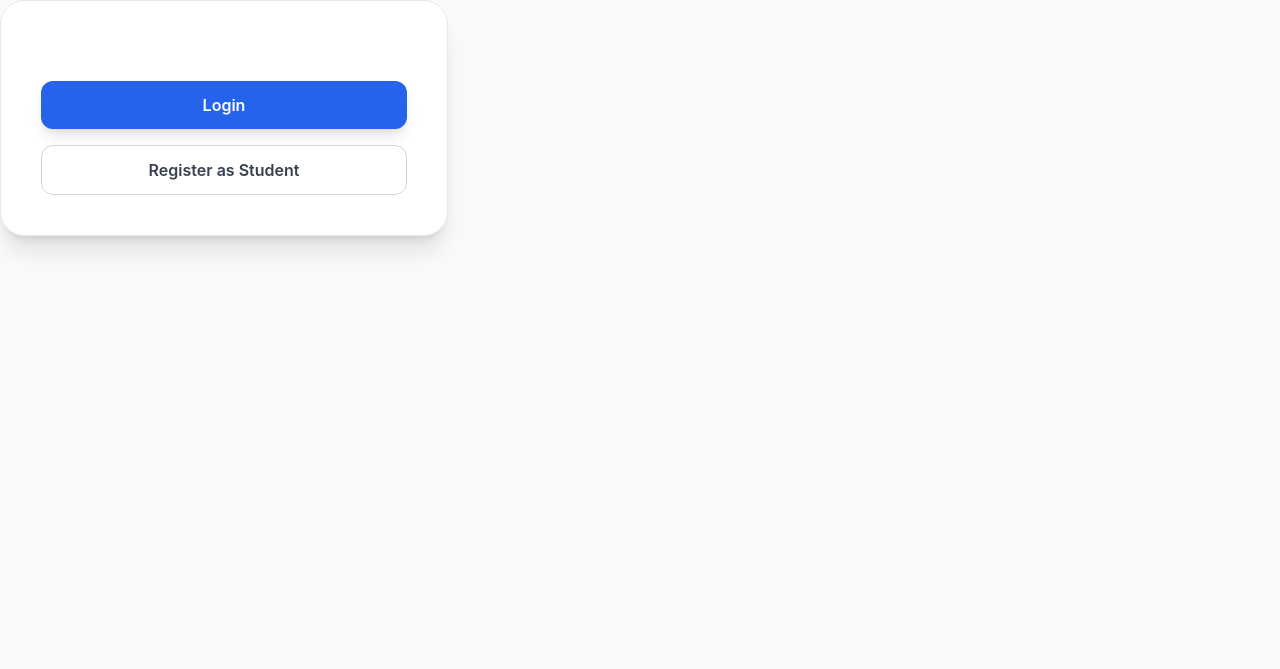
Repository: Chocovcandy/Classroom_Management_System
Page: http://localhost/Login_page
An editor plug-in stored every save of this project. The page is shown before and after a run of saves, followed by the edit.
The browser window is 1280 px wide. The pictures show the whole page.
Some web libraries are served in a nearby version. The page is served by the project's Laravel application, run on PHP 8.4 with Laravel 12. Other server files are loaded and not shown.

Above is the page before, as saved 2026-08-13 22:54:39.

### routes/web.php
<?php

use App\Http\Controllers\ProfileController;
use App\Http\Controllers\RoleSelectController;
use Illuminate\Support\Facades\Route;
use App\Http\Controllers\Admin\DepartmentController;
use App\Http\Controllers\Admin\UserController;

//public routes
Route::get('/', function () {
    return view('welcome');
})->name('welcome');

Route::get('/Login_page', function () {
    return view('Login_page');
})->name('Login_page');


// Authentication routes (login, register, etc.) are provided by Breeze
Route::middleware(['auth'])->group(function () {

    // Role selection (after login)
    Route::get('/role/select', [RoleSelectController::class, 'show'])
        ->name('role.select');

    Route::post('/role/select', [RoleSelectController::class, 'store'])
        ->name('role.select.store');

    // Profile (any logged-in user)
    Route::controller(ProfileController::class)->group(function () {
        Route::get('/profile', 'edit')->name('profile.edit');
        Route::patch('/profile', 'update')->name('profile.update');
        Route::delete('/profile', 'destroy')->name('profile.destroy');
    });

    // Admin routes
    Route::prefix('admin')
        ->name('admin.')
        ->middleware(['role:Admin'])
        ->group(function () {

            Route::view('/dashboard', 'admin.dashboard')
                ->name('dashboard');

            Route::resource('users', UserController::class);
            Route::resource('departments', DepartmentController::class);
        });

 // Dean rputes
    Route::prefix('dean')
        ->name('dean.')
        ->middleware(['role:Dean'])
        ->group(function () {
            Route::view('/dashboard', 'dean.dashboard')
                ->name('dashboard');
        });

    //HoD routes
    Route::prefix('hod')
        ->name('hod.')
        ->middleware(['role:HoD'])
        ->group(function () {
            Route::view('/dashboard', 'hod.dashboard')
                ->name('dashboard');
        });

    // Professor routes
    Route::prefix('professor')
        ->name('professor.')
        ->middleware(['role:Professor'])
        ->group(function () {
            Route::view('/dashboard', 'professor.dashboard')
                ->name('dashboard');
        });

    // Student routes
    Route::prefix('student')
        ->name('student.')
        ->middleware(['role:Student'])
        ->group(function () {
            Route::view('/dashboard', 'student.dashboard')
                ->name('dashboard');
        });


});

require __DIR__.'/auth.php';

### resources/views/Login_page.blade.php
<!DOCTYPE html>
<html lang="en">

<head>
    <meta charset="UTF-8">
    <meta name="viewport" content="width=device-width, initial-scale=1.0">
    <!--=============== BOXICONS ===============-->
    <link rel="stylesheet" href="https://cdn.jsdelivr.net/npm/boxicons@latest/css/boxicons.min.css">

    <link rel="stylesheet" href="/assets/css/login_style.css">
    <link rel="stylesheet" href="/assets/css/welcome_style.css">

    <title>Classroom Management System</title>

    <!-- Tailwind CDN (quick setup) -->
    <script src="https://cdn.tailwindcss.com"></script>
</head>

<body>


    <div class="min-h-screen bg-slate-50">

        <!-- Right -->
        <div class="w-full max-w-md bg-white rounded-3xl border border-gray-200 shadow-xl p-10">
            @guest
                <div class="mt-10 space-y-4">
                    <a href="{{ route('login') }}"
                        class="flex items-center justify-center rounded-xl bg-blue-600 py-3 font-semibold text-white shadow-lg hover:bg-blue-700 hover:shadow-xl transition duration-300">
                        Login
                    </a>
                    @if (Route::has('register'))

                        <a href="{{ route('register') }}"
                            class="flex items-center justify-center rounded-xl border border-gray-300 bg-white py-3 font-semibold text-gray-700 hover:bg-gray-50 transition duration-300">
                            Register as Student
                        </a>
                    @endif
                </div>
            @endguest




            @auth
                @php
                    $role = auth()->user()->roles->first()->role_name ?? 'User';
                @endphp
                <div class="mt-8">
                    <!-- User Card -->
                    <div class="rounded-2xl bg-slate-50 border border-slate-200 p-5 text-center">
                        <div
                            class="mx-auto flex h-14 w-14 items-center justify-center rounded-full bg-blue-100 text-blue-700 font-bold text-xl">

                            {{ strtoupper(substr(auth()->user()->name, 0, 1)) }}
                        </div>

                        <h3 class="mt-4 text-xl font-semibold text-gray-900">
                            {{ auth()->user()->name }}
                        </h3>

                        <span class="inline-flex mt-2 rounded-full bg-blue-100 px-3 py-1 text-sm font-medium text-blue-700">
                            {{ $role }}
                        </span>

                    </div>

                    <!-- Dashboard Button -->

                    @if ($role === 'Admin')
                    <a href="{{ route('admin.dashboard') }}" @elseif ($role === 'Dean') href="{{ route('dean.dashboard') }}"
                    @elseif ($role === 'HoD') href="{{ route('hod.dashboard') }}" @elseif ($role === 'Professor')
                        href="{{ route('professor.dashboard') }}" @elseif ($role === 'Student')
                        href="{{ route('student.dashboard') }}" @endif
                        class="mt-6 flex justify-center rounded-xl bg-emerald-600 py-3 font-semibold text-white shadow-lg hover:bg-emerald-700 transition">

                        Go to Dashboard

                    </a>

                    <form method="POST" action="{{ route('logout') }}" class="mt-4">
                        @csrf

                        <button type="submit"
                            class="w-full rounded-xl border border-red-300 py-3 font-medium text-red-600 hover:bg-red-50 transition">

                            Logout

                        </button>

                    </form>

                </div>

            @endauth

        </div>
    </div>


    </div>


</body>

</html>

### public/assets/css/login_style.css
.auth-choice-page {
    min-height: 100vh;
    display: flex;
    align-items: center;
    justify-content: center;
    padding: 60px 24px;

    background:
        linear-gradient(
            135deg,
            #f8fafc 0%,
            #eef4ff 100%
        );
}

.auth-choice-container {
    width: 100%;
    max-width: 900px;
}

.auth-choice-header {
    text-align: center;
    margin-bottom: 45px;
}

.auth-choice-label {
    display: inline-block;
    margin-bottom: 14px;

    font-size: 12px;
    font-weight: 700;
    letter-spacing: 2px;

    color: #2563eb;
}

.auth-choice-header h1 {
    margin: 0;

    font-size: 42px;
    font-weight: 700;

    color: #172033;
}

.auth-choice-header p {
    max-width: 560px;
    margin: 14px auto 0;

    font-size: 16px;
    line-height: 1.7;

    color: #64748b;
}


/* Cards */

.auth-choice-grid {
    display: grid;
    grid-template-columns: repeat(2, 1fr);
    gap: 24px;
}

.auth-choice-card {
    display: flex;
    flex-direction: column;

    min-height: 340px;
    padding: 34px;

    background: #ffffff;

    border: 1px solid #e2e8f0;
    border-radius: 18px;

    box-shadow:
        0 8px 25px rgba(15, 23, 42, 0.05);

    transition:
        transform 0.25s ease,
        box-shadow 0.25s ease,
        border-color 0.25s ease;
}

.auth-choice-card:hover {
    transform: translateY(-5px);

    border-color: #cbd5e1;

    box-shadow:
        0 18px 40px rgba(15, 23, 42, 0.10);
}


/* Icons */

.auth-choice-icon {
    width: 52px;
    height: 52px;

    display: flex;
    align-items: center;
    justify-content: center;

    border-radius: 12px;

    font-size: 24px;
}

.login-icon {
    color: #2563eb;
    background: #eff6ff;
}

.student-icon {
    color: #0f766e;
    background: #ecfdf5;
}


/* Content */

.auth-choice-content {
    display: flex;
    flex-direction: column;

    flex: 1;

    margin-top: 25px;
}

.auth-choice-content h2 {
    margin: 0;

    font-size: 23px;
    font-weight: 650;

    color: #172033;
}

.auth-choice-content p {
    margin: 12px 0 28px;

    font-size: 15px;
    line-height: 1.7;

    color: #64748b;
}


/* Buttons */

.auth-choice-btn {
    margin-top: auto;

    display: flex;
    align-items: center;
    justify-content: center;
    gap: 8px;

    min-height: 48px;

    border-radius: 10px;

    font-size: 14px;
    font-weight: 600;

    text-decoration: none;

    transition: all 0.2s ease;
}

.login-btn {
    color: #ffffff;
    background: #2563eb;
}

.login-btn:hover {
    background: #1d4ed8;
}

.student-btn {
    color: #0f766e;
    background: #ffffff;

    border: 1px solid #0f766e;
}

.student-btn:hover {
    color: #ffffff;
    background: #0f766e;
}


/* Mobile */

@media (max-width: 700px) {

    .auth-choice-page {
        padding: 40px 20px;
    }

    .auth-choice-header h1 {
        font-size: 34px;
    }

    .auth-choice-grid {
        grid-template-columns: 1fr;
    }

    .auth-choice-card {
        min-height: auto;
    }
}

Loaded but not shown: routes/auth.php (common file); app/Http/Controllers/Auth/EmailVerificationPromptController.php (common file); app/Http/Controllers/Controller.php (common file); app/Http/Controllers/Auth/VerifyEmailController.php (common file); public/assets/css/welcome_style.css (941 lines, source omitted)

After the next 2 saves:
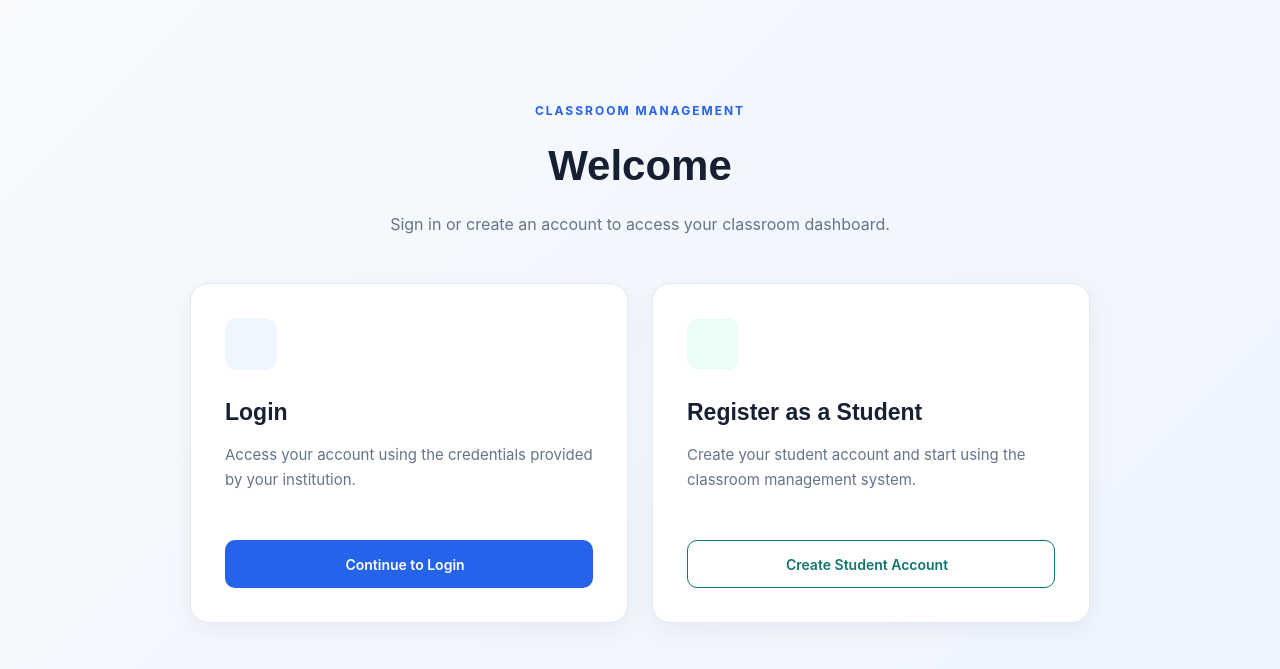
The 2 saves are shown as one change because 1 did not build or start.
The last was saved 21 s later.
--- a/resources/views/Login_page.blade.php
+++ b/resources/views/Login_page.blade.php
@@ -18,27 +18,90 @@
 
 <body>
 
+<div class="auth-choice-page">
 
-    <div class="min-h-screen bg-slate-50">
+    @guest
 
-        <!-- Right -->
-        <div class="w-full max-w-md bg-white rounded-3xl border border-gray-200 shadow-xl p-10">
-            @guest
-                <div class="mt-10 space-y-4">
-                    <a href="{{ route('login') }}"
-                        class="flex items-center justify-center rounded-xl bg-blue-600 py-3 font-semibold text-white shadow-lg hover:bg-blue-700 hover:shadow-xl transition duration-300">
-                        Login
-                    </a>
-                    @if (Route::has('register'))
+        <div class="auth-choice-container">
 
-                        <a href="{{ route('register') }}"
-                            class="flex items-center justify-center rounded-xl border border-gray-300 bg-white py-3 font-semibold text-gray-700 hover:bg-gray-50 transition duration-300">
-                            Register as Student
+            <div class="auth-choice-header">
+                <span class="auth-choice-label">CLASSROOM MANAGEMENT</span>
+
+                <h1>Welcome</h1>
+
+                <p>
+                    Sign in or create an account to access your classroom dashboard.
+                </p>
+            </div>
+
+
+            <div class="auth-choice-grid">
+
+                <!-- Login -->
+                <div class="auth-choice-card">
+
+                    <div class="auth-choice-icon login-icon">
+                        <i class="ri-login-box-line"></i>
+                    </div>
+
+                    <div class="auth-choice-content">
+
+                        <h2>Login</h2>
+
+                        <p>
+                            Access your account using the credentials
+                            provided by your institution.
+                        </p>
+
+                        <a href="{{ route('login') }}" class="auth-choice-btn login-btn">
+                            Continue to Login
+                            <i class="ri-arrow-right-line"></i>
                         </a>
-                    @endif
+
+                    </div>
+
                 </div>
-            @endguest
 
+
+                <!-- Student Register -->
+                @if (Route::has('register'))
+
+                    <div class="auth-choice-card">
+
+                        <div class="auth-choice-icon student-icon">
+                            <i class="ri-user-add-line"></i>
+                        </div>
+
+                        <div class="auth-choice-content">
+
+                            <h2>Register as a Student</h2>
+
+                            <p>
+                                Create your student account and start
+                                using the classroom management system.
+                            </p>
+
+                            <a href="{{ route('register') }}"
+                               class="auth-choice-btn student-btn">
+
+                                Create Student Account
+                                <i class="ri-arrow-right-line"></i>
+
+                            </a>
+
+                        </div>
+
+                    </div>
+
+                @endif
+
+            </div>
+
+        </div>
+
+    @endguest
+
+</div>
 
 
 
